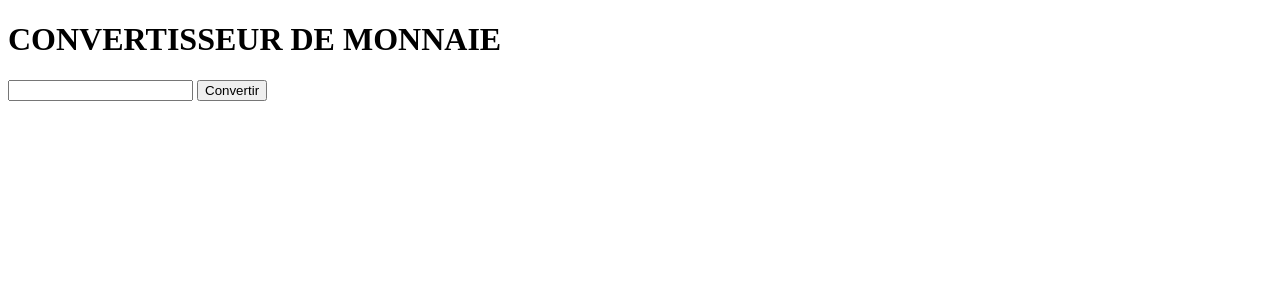
Repository: techmindconsulting/wordshiop-js
Page: index.html
These files come from the project's save history. The page is drawn as it stood at one moment and after a run of saves; the edit follows.
The browser window is 1280 px wide. The pictures show the whole page.

Above is the page before, as saved 2021-01-17 12:46:13.

After the next 2 saves:
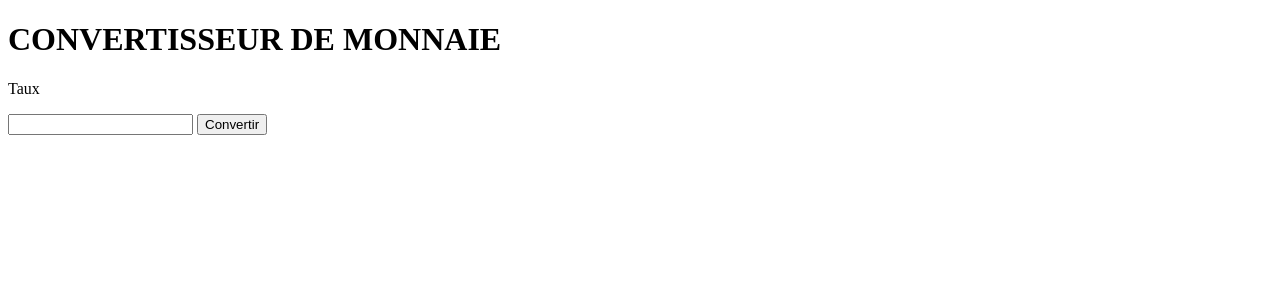
The 2 saves are shown as one change because they came seconds apart.
The last was saved 17 s later.
--- a/index.html
+++ b/index.html
@@ -8,7 +8,7 @@
 </head>
 <body>
     <h1>CONVERTISSEUR DE MONNAIE</h1>
-
+    <p>Taux </p>
     <input type="text" id="amount">
     <input type="button" value="Convertir">
 </body>
